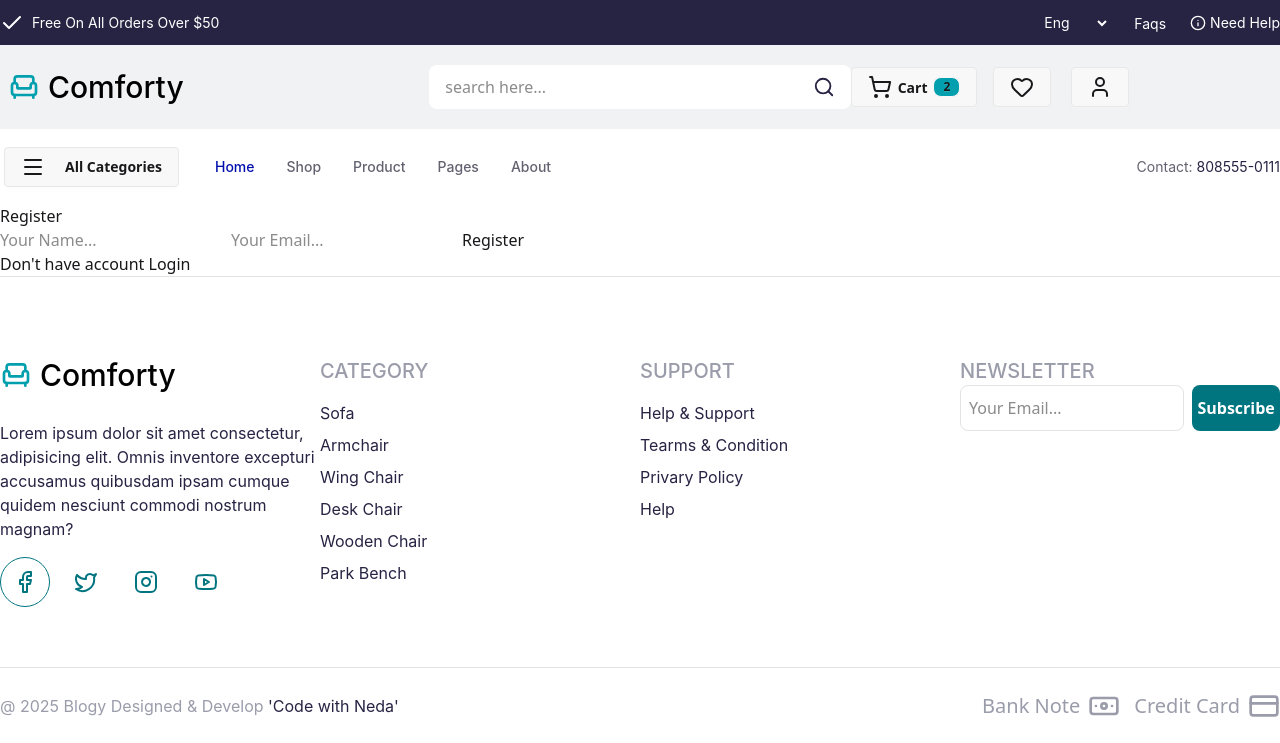
Repository: Neda0o0/store-template-website
Page: /auth/register
An editor plug-in stored every save of this project. The page is shown before and after the next save, followed by the edit.
The browser window is 1280 px wide. The pictures show the whole page.
The project was rebuilt for these pictures with package versions that can differ from the ones it lists, and the page was loaded fresh each time. Also part of the build but not shown: vite.config.js, src/components/Banner/Banner.jsx, src/components/Delivery/Delivery.jsx, src/components/Brand/Brand.jsx, src/components/SectionTitle/SectionTitle.jsx, src/components/Features/Features.jsx, src/components/Categories/Categories.jsx, src/components/Product/Product.jsx and 6 more.

Above is the page before, as saved 2025-10-27 17:36:56.

After the next save:
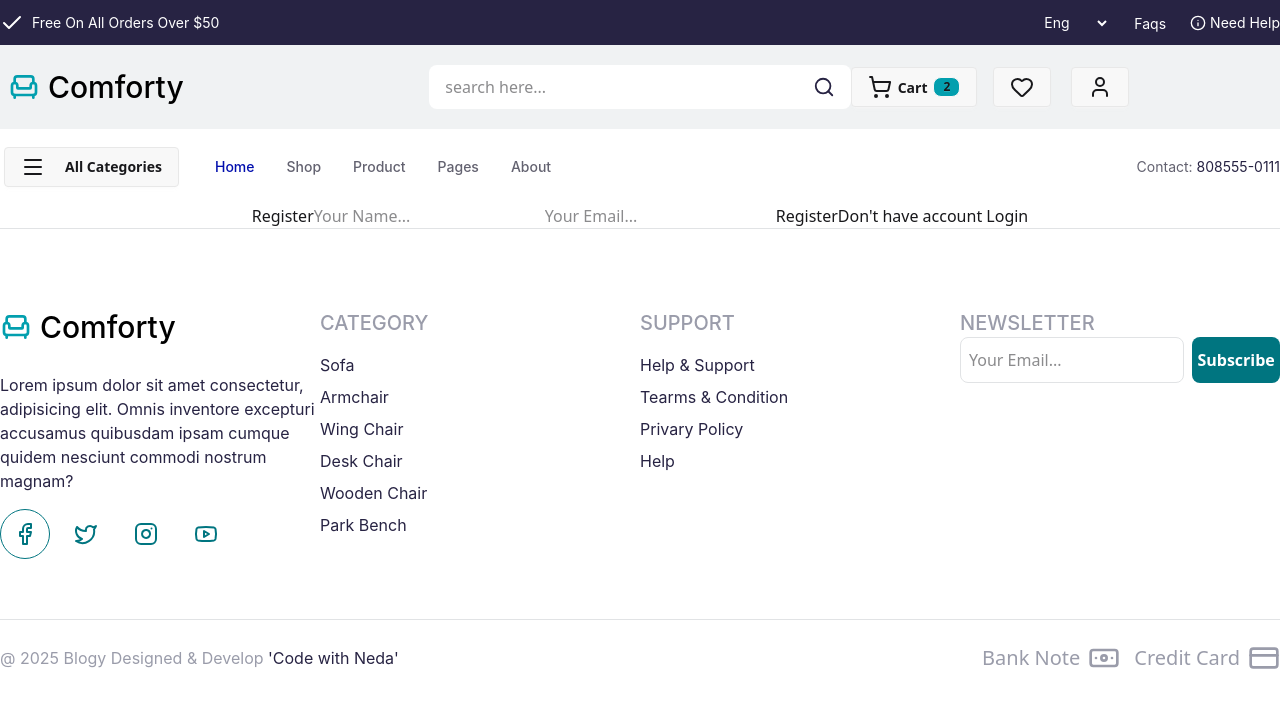
Saved 58 s later.
--- a/src/Pages/Auth/Register/Register.jsx
+++ b/src/Pages/Auth/Register/Register.jsx
@@ -3,7 +3,7 @@ import { Link } from "react-router";
 const Register = () => {
   return (
     <div className="lg:container mx-auto">
-      <div>
+      <div className="flex items-center w-full justify-center">
         <h3>Register</h3>
         <form action="#">
           <input type="text" placeholder="Your Name..." />
